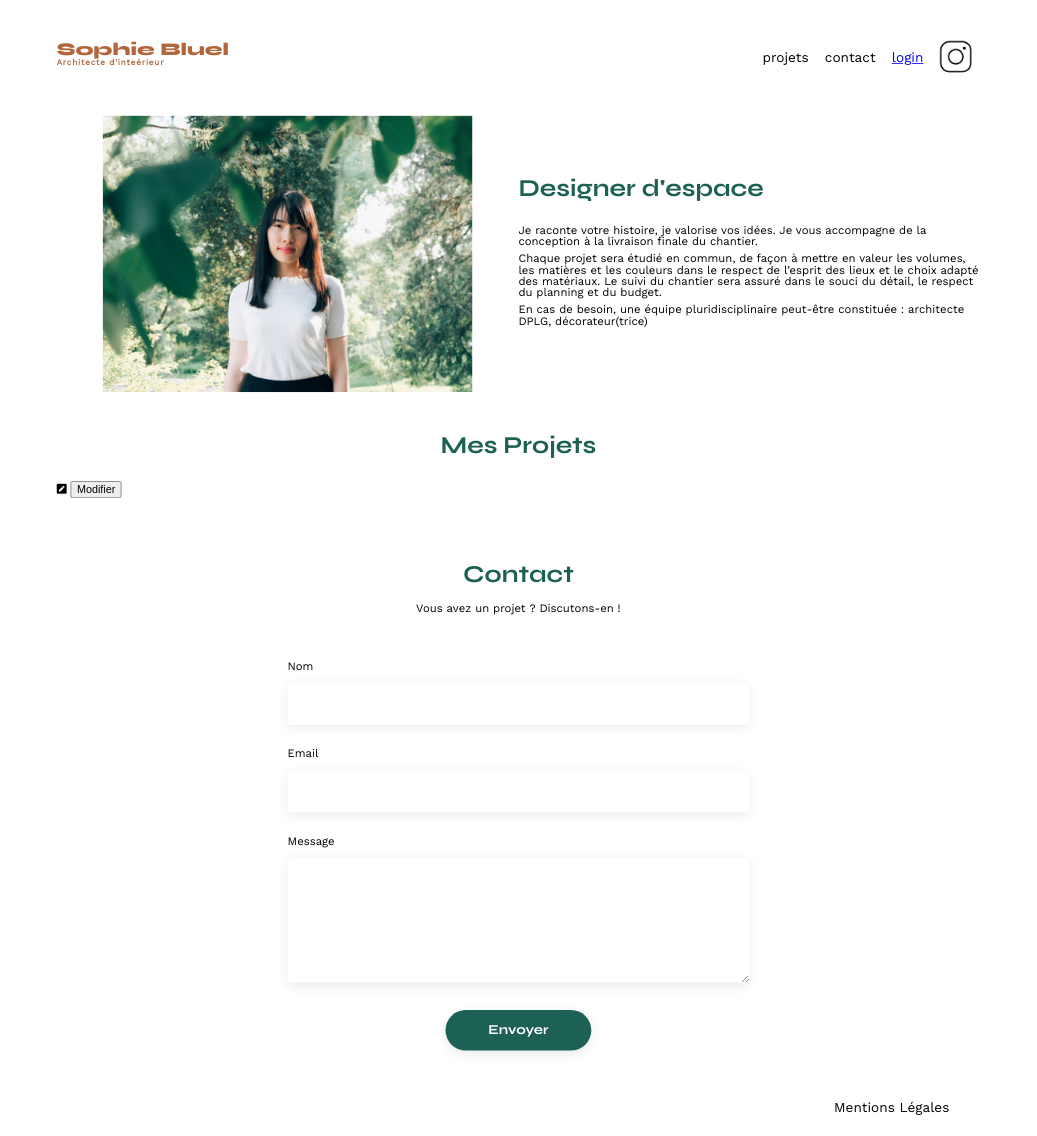
Repository: ByteVoyageur/OC-P6
Page: FrontEnd/index.html
An editor plug-in stored every save of this project. The page is shown before and after the next save, followed by the edit.
The browser window is 1280 px wide. The pictures show the whole page, at 81% of full size.
The page's requests for data from a server got no answer.

Above is the page before, as saved 2023-10-18 20:26:29.
Console error: TypeError: Cannot read properties of null (reading 'addEventListener')

After the next save:
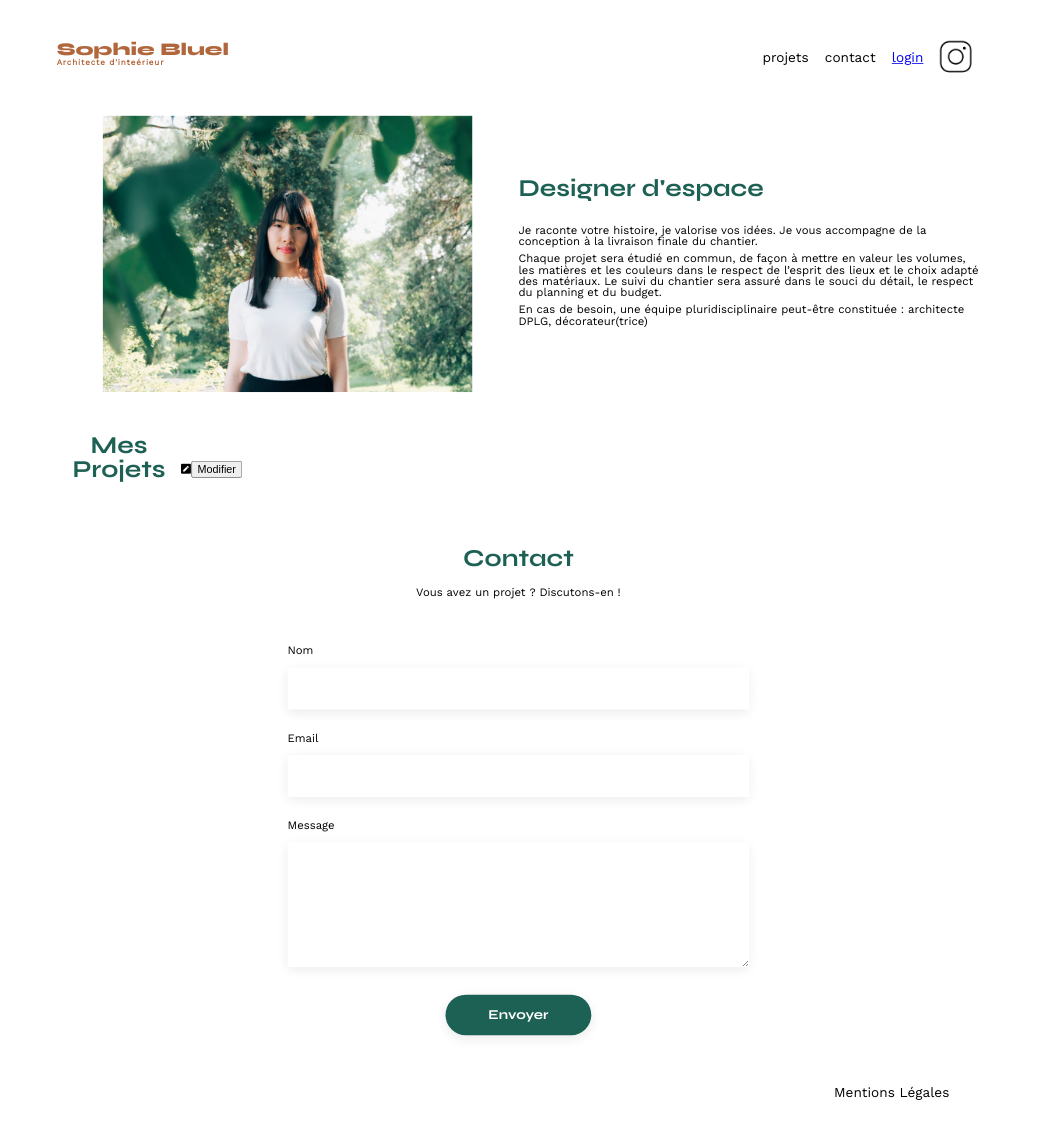
Saved 6 s later.
--- a/FrontEnd/assets/css/style.css
+++ b/FrontEnd/assets/css/style.css
@@ -201,6 +201,12 @@
   margin-bottom: 0.5em;
 }
 
+#portfolio {
+  display: flex;
+  align-items: center;
+  flex-wrap: nowrap;
+}
+
 #portfolio h2 {
   text-align: center;
   margin-bottom: 1em;

After the save that followed:
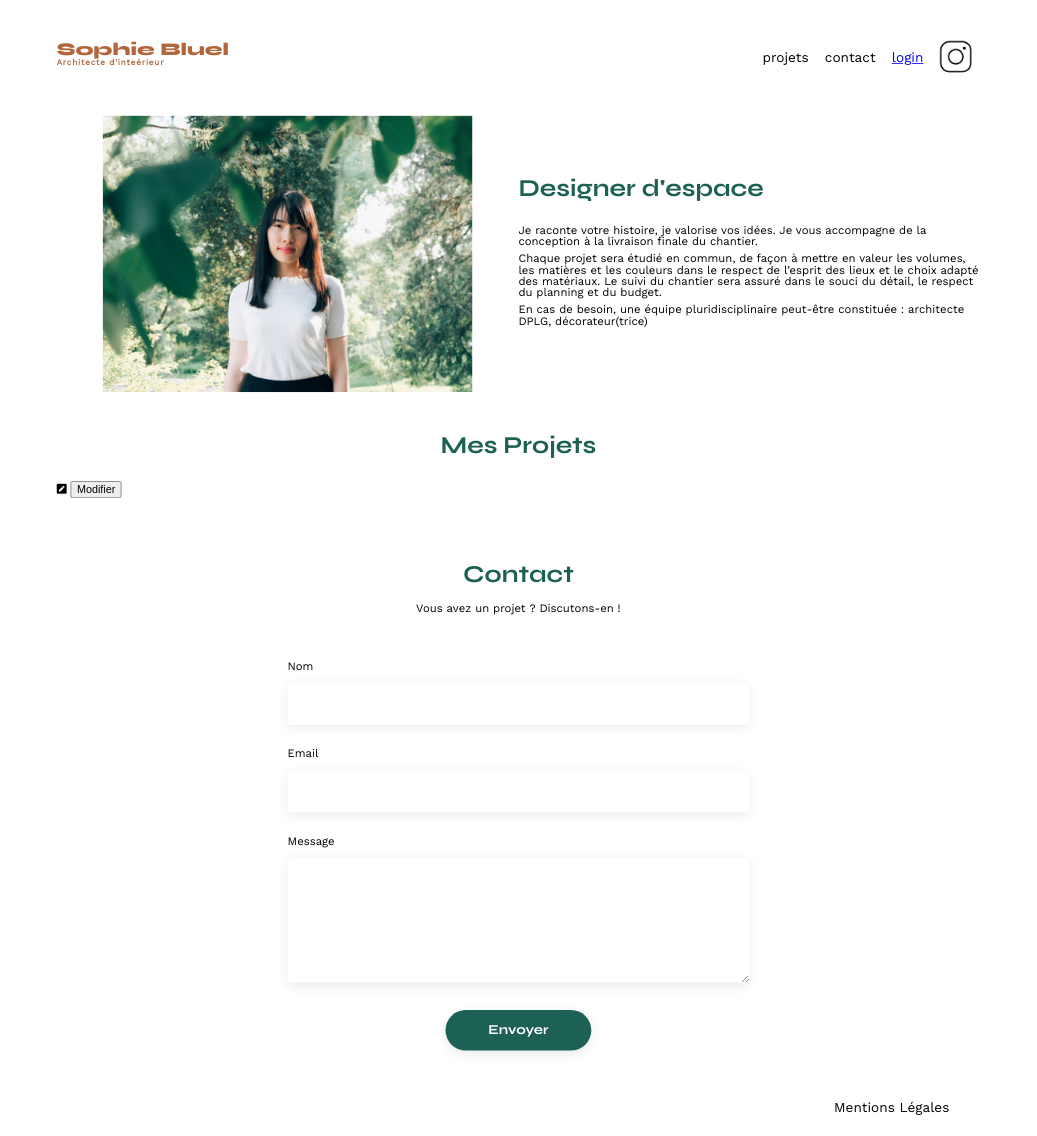
Saved 17 s later.
--- a/FrontEnd/assets/css/style.css
+++ b/FrontEnd/assets/css/style.css
@@ -201,12 +201,6 @@
   margin-bottom: 0.5em;
 }
 
-#portfolio {
-  display: flex;
-  align-items: center;
-  flex-wrap: nowrap;
-}
-
 #portfolio h2 {
   text-align: center;
   margin-bottom: 1em;
